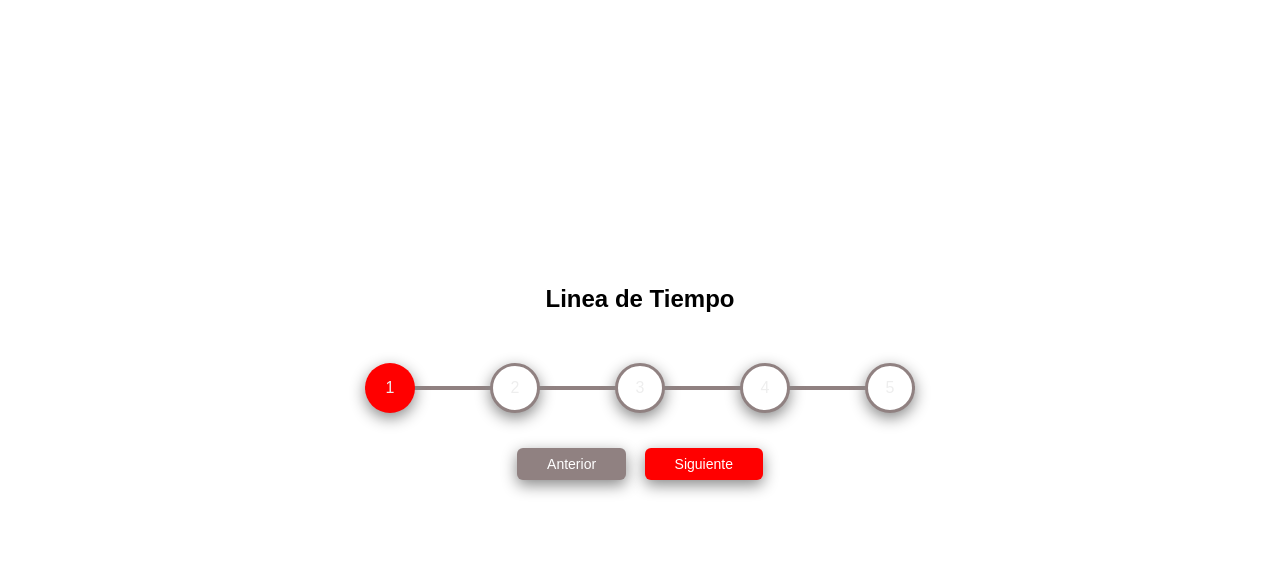
Repository: ElideZavala/Linea-de-tiempo
Page: index.html
These files come from the project's save history. The page is drawn as it stood at one moment and after a run of saves; the edit follows.
The browser window is 1280 px wide. The pictures show the whole page.
Some web fonts or font styles are not loaded; a fallback is used.

Above is the page before, as saved 2021-05-28 10:11:39.

After the next 2 saves:
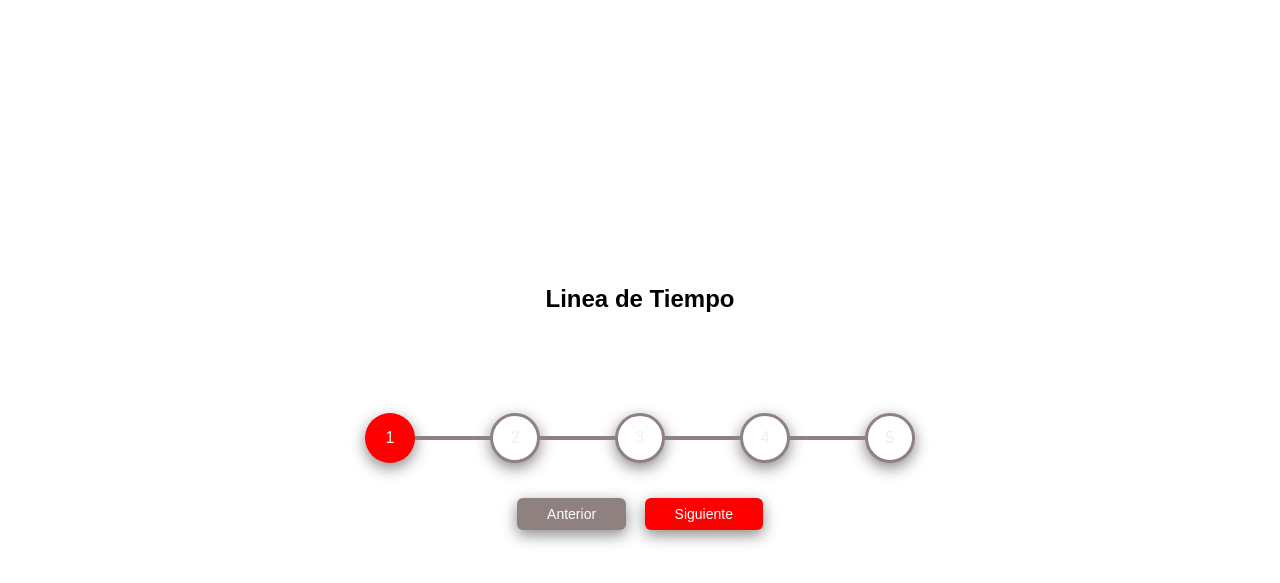
The 2 saves are shown as one change because they came seconds apart.
The last was saved 7 s later.
--- a/style.css
+++ b/style.css
@@ -23,7 +23,7 @@ body {
 }
 
 h2 {
-	margin: 50px;
+	margin: 100px;
 }
 
 .container {
